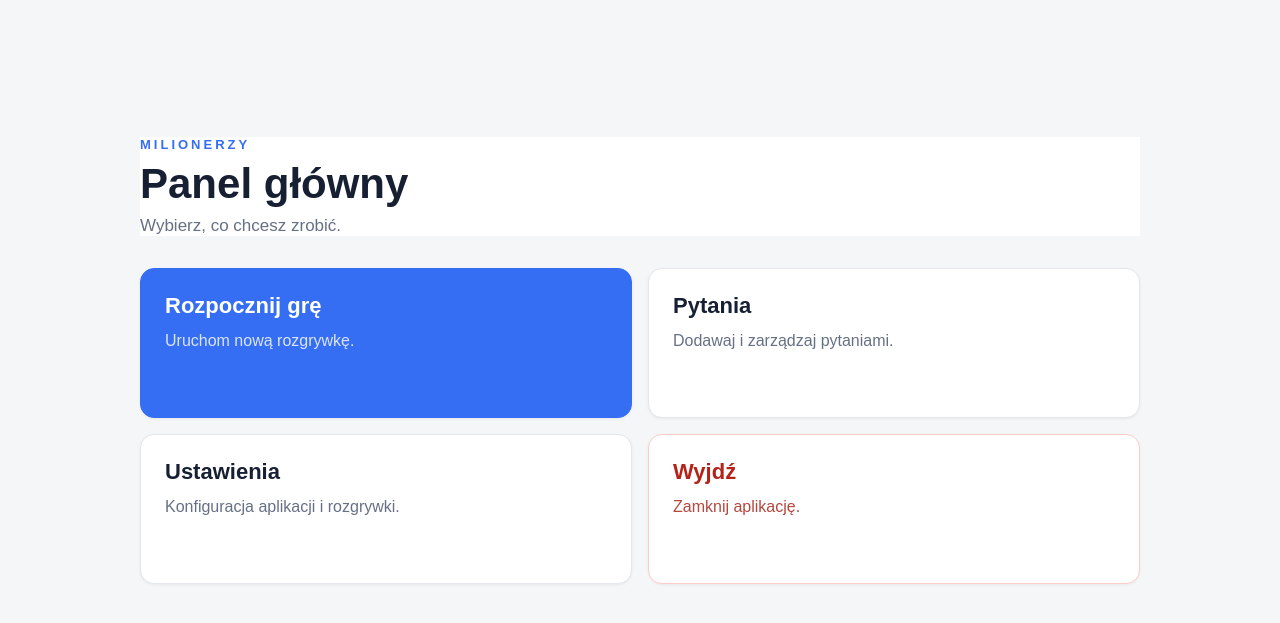
Repository: WaleonGames/HTGMilionerzy
Page: views/index.html
An editor plug-in stored every save of this project. The page is shown before and after the next save, followed by the edit.
The browser window is 1280 px wide. The pictures show the whole page.

Above is the page before, as saved 2026-09-05 15:39:34.

### views/index.html
<!doctype html>
<html lang="pl">
<head>
  <meta charset="UTF-8">
  <meta name="viewport" content="width=device-width,initial-scale=1.0">
  <title>Milionerzy</title>

  <link rel="stylesheet" href="../public/css/style.css">
  <link rel="stylesheet" href="../public/css/design.css">
</head>
<body>
  <main class="main-menu">
    <header class="menu-header">
      <span class="eyebrow">MILIONERZY</span>

      <h1>Panel główny</h1>

      <p>Wybierz, co chcesz zrobić.</p>
    </header>

    <section class="menu-grid">
      <button
        id="startGameButton"
        class="menu-card menu-card-primary"
        type="button"
      >
        <span class="menu-card-title">
          Rozpocznij grę
        </span>

        <span class="menu-card-description">
          Uruchom nową rozgrywkę.
        </span>
      </button>

      <button
        id="questionsButton"
        class="menu-card"
        type="button"
      >
        <span class="menu-card-title">
          Pytania
        </span>

        <span class="menu-card-description">
          Dodawaj i zarządzaj pytaniami.
        </span>
      </button>

      <button
        id="settingsButton"
        class="menu-card"
        type="button"
      >
        <span class="menu-card-title">
          Ustawienia
        </span>

        <span class="menu-card-description">
          Konfiguracja aplikacji i rozgrywki.
        </span>
      </button>

      <button
        id="exitButton"
        class="menu-card menu-card-danger"
        type="button"
      >
        <span class="menu-card-title">
          Wyjdź
        </span>

        <span class="menu-card-description">
          Zamknij aplikację.
        </span>
      </button>
    </section>
  </main>

  <script src="../public/js/design.js"></script>
  <script src="../public/js/main.js"></script>
</body>
</html>

### public/css/style.css
*{
  box-sizing:border-box;
  margin:0;
  padding:0;
}

html,
body{
  min-height:100%;
}

body{
  min-height:100vh;
  font-family:Arial,sans-serif;
  background:
    radial-gradient(circle at top,#171041 0,#090719 45%,#05040d 100%);
  color:#fff;
}

button,
input,
textarea,
select{
  font:inherit;
}

button{
  cursor:pointer;
}

.eyebrow{
  display:block;
  margin-bottom:8px;
  color:#9c8cff;
  font-size:13px;
  font-weight:700;
  letter-spacing:3px;
}

.main-menu{
  display:flex;
  flex-direction:column;
  justify-content:center;
  width:min(1000px,calc(100% - 40px));
  min-height:100vh;
  margin:0 auto;
  padding:40px 0;
}

.menu-header{
  margin-bottom:32px;
}

.menu-header h1{
  margin-bottom:8px;
  font-size:42px;
}

.menu-header p{
  color:#aaa4c5;
  font-size:17px;
}

.menu-grid{
  display:grid;
  grid-template-columns:1fr 1fr;
  gap:16px;
}

.menu-card{
  display:flex;
  flex-direction:column;
  align-items:flex-start;
  min-height:150px;
  padding:24px;
  border:1px solid #2c2751;
  border-radius:16px;
  background:#100d25;
  color:#fff;
  text-align:left;
  transition:
    transform .2s ease,
    border-color .2s ease,
    background .2s ease;
}

.menu-card:hover{
  transform:translateY(-2px);
  border-color:#6558a8;
  background:#171331;
}

.menu-card-primary{
  border-color:#5d4fd1;
  background:#251b65;
}

.menu-card-primary:hover{
  background:#30247c;
}

.menu-card-danger{
  border-color:#5a2730;
}

.menu-card-danger:hover{
  border-color:#a34050;
  background:#35151d;
}

.menu-card-title{
  margin-bottom:10px;
  font-size:22px;
  font-weight:700;
}

.menu-card-description{
  color:#aaa4c5;
  line-height:1.5;
}

.menu-card-primary .menu-card-description{
  color:#cbc5ff;
}

.panel{
  padding:24px;
  border:1px solid #29244d;
  border-radius:16px;
  background:#100d25;
}

.panel h2{
  margin-bottom:20px;
}

.field{
  display:flex;
  flex-direction:column;
  gap:8px;
  margin-bottom:18px;
}

.field label{
  color:#cbc7e5;
  font-size:14px;
  font-weight:700;
}

input,
textarea,
select{
  width:100%;
  padding:13px 14px;
  border:1px solid #37305f;
  border-radius:9px;
  outline:none;
  background:#0a081a;
  color:#fff;
}

input:focus,
textarea:focus,
select:focus{
  border-color:#705cff;
}

textarea{
  resize:vertical;
}

.primary-button{
  min-height:46px;
  padding:0 20px;
  border:0;
  border-radius:9px;
  background:#5b45e0;
  color:#fff;
  font-weight:700;
}

.primary-button:hover{
  background:#6c55ef;
}

@media(max-width:700px){
  .main-menu{
    width:calc(100% - 24px);
    padding:24px 0;
  }

  .menu-header h1{
    font-size:34px;
  }

  .menu-grid{
    grid-template-columns:1fr;
  }
}

### public/css/design.css
:root{
  --design-bg:#f5f6f8;

  --design-surface:#ffffff;
  --design-surface-soft:#f8fafc;
  --design-surface-hover:#f3f5f7;
  --design-surface-active:#eef4ff;

  --design-text:#172033;
  --design-text-soft:#344054;
  --design-muted:#667085;
  --design-placeholder:#98a2b3;

  --design-border:#e4e7ec;
  --design-border-strong:#d0d5dd;

  --design-primary:#356df3;
  --design-primary-hover:#285bd4;
  --design-primary-light:#eaf0ff;

  --design-danger:#b42318;
  --design-danger-hover:#912018;
  --design-danger-light:#fef3f2;
  --design-danger-border:#fecdca;

  --design-success:#067647;
  --design-success-light:#ecfdf3;

  --design-warning:#b54708;
  --design-warning-light:#fffaeb;

  --design-radius-sm:8px;
  --design-radius-md:10px;
  --design-radius-lg:14px;
  --design-radius-xl:18px;

  --design-shadow-sm:0 1px 3px rgba(16,24,40,.06);
  --design-shadow-md:0 8px 24px rgba(16,24,40,.08);
  --design-shadow-lg:0 16px 40px rgba(16,24,40,.12);
}

/* =========================
   RESET / GLOBAL
========================= */

html{
  background:var(--design-bg) !important;
}

body{
  background:var(--design-bg) !important;
  color:var(--design-text) !important;
}

body,
button,
input,
select,
textarea{
  font-family:Arial,sans-serif !important;
}

button,
input,
select,
textarea{
  font-size:inherit;
}

button{
  cursor:pointer;
}

a{
  color:inherit;
}

/* =========================
   PAGE BACKGROUNDS
========================= */

.main-menu,
.questions-page,
.settings-layout,
.settings-content{
  background:var(--design-bg) !important;
}

/* =========================
   WHITE SURFACES
========================= */

header,
.header,
.topbar,
.menu-header,
.questions-header,
.sidebar,
.settings-sidebar,
.panel,
.card,
.modal,
.modal-content,
.settings-card,
.question-card{
  background:var(--design-surface) !important;
  color:var(--design-text) !important;
}

/* =========================
   HEADERS
========================= */

.menu-header,
.questions-header,
.topbar{
  border-color:var(--design-border) !important;
}

h1,
h2,
h3,
h4,
h5,
h6{
  color:var(--design-text) !important;
}

p,
.description,
.subtitle,
.muted,
small{
  color:var(--design-muted) !important;
}

.eyebrow{
  color:var(--design-primary) !important;
}

/* =========================
   PANELS / CARDS
========================= */

.panel,
.card,
.settings-card,
.question-card{
  background:#fff !important;
  border-color:var(--design-border) !important;
  box-shadow:var(--design-shadow-sm) !important;
}

.card:hover,
.question-card:hover{
  border-color:var(--design-border-strong) !important;
}

/* =========================
   MAIN MENU CARDS
========================= */

.menu-card{
  background:#fff !important;
  color:var(--design-text) !important;

  border:1px solid var(--design-border) !important;

  border-radius:var(--design-radius-lg) !important;

  box-shadow:var(--design-shadow-sm) !important;
}

.menu-card:hover{
  background:var(--design-surface-hover) !important;
  border-color:var(--design-border-strong) !important;
}

.menu-card-title{
  color:var(--design-text) !important;
}

.menu-card-description{
  color:var(--design-muted) !important;
}

/* =========================
   PRIMARY MENU CARD
========================= */

.menu-card-primary{
  background:var(--design-primary) !important;
  border-color:var(--design-primary) !important;

  color:#fff !important;
}

.menu-card-primary:hover{
  background:var(--design-primary-hover) !important;
  border-color:var(--design-primary-hover) !important;
}

.menu-card-primary .menu-card-title,
.menu-card-primary .menu-card-description{
  color:#fff !important;
}

.menu-card-primary .menu-card-description{
  opacity:.82;
}

/* =========================
   DANGER MENU CARD
========================= */

.menu-card-danger{
  background:#fff !important;

  border-color:var(--design-danger-border) !important;

  color:var(--design-danger) !important;
}

.menu-card-danger:hover{
  background:var(--design-danger-light) !important;
}

.menu-card-danger .menu-card-title{
  color:var(--design-danger) !important;
}

.menu-card-danger .menu-card-description{
  color:#b5473e !important;
}

/* =========================
   INPUTS
========================= */

input,
select,
textarea{
  background:#fff !important;

  color:var(--design-text) !important;

  border:1px solid var(--design-border-strong) !important;

  border-radius:var(--design-radius-md) !important;

  outline:none !important;
}

input::placeholder,
textarea::placeholder{
  color:var(--design-placeholder) !important;
}

input:hover,
select:hover,
textarea:hover{
  border-color:#b8c0cc !important;
}

input:focus,
select:focus,
textarea:focus{
  border-color:var(--design-primary) !important;

  box-shadow:
    0 0 0 3px rgba(53,109,243,.12) !important;

  outline:none !important;
}

select{
  background-color:#fff !important;
}

/* =========================
   TEXTAREA
========================= */

textarea{
  resize:vertical;
}

/* =========================
   NORMAL BUTTON
========================= */

button{
  border-radius:var(--design-radius-md) !important;
}

button:not(
  .button-primary
):not(
  .primary-button
):not(
  .primary
):not(
  .menu-card
):not(
  .danger
):not(
  .delete-button
):not(
  .menu-card-danger
){
  background:#fff !important;

  color:var(--design-text) !important;

  border-color:var(--design-border) !important;
}

button:not(
  .button-primary
):not(
  .primary-button
):not(
  .primary
):not(
  .menu-card
):not(
  .danger
):not(
  .delete-button
):not(
  .menu-card-danger
):hover{
  background:var(--design-surface-hover) !important;

  border-color:var(--design-border-strong) !important;
}

/* =========================
   PRIMARY BUTTONS
========================= */

.button-primary,
.primary-button,
.primary,
[data-primary]{
  background:var(--design-primary) !important;

  color:#fff !important;

  border-color:var(--design-primary) !important;

  box-shadow:
    0 3px 10px rgba(53,109,243,.18) !important;
}

.button-primary:hover,
.primary-button:hover,
.primary:hover,
[data-primary]:hover{
  background:var(--design-primary-hover) !important;

  border-color:var(--design-primary-hover) !important;
}

/* =========================
   SECONDARY BUTTONS
========================= */

.button-secondary,
.secondary-button,
.back-button,
.icon-button,
.modal-close{
  background:#fff !important;

  color:var(--design-text-soft) !important;

  border-color:var(--design-border) !important;
}

.button-secondary:hover,
.secondary-button:hover,
.back-button:hover,
.icon-button:hover,
.modal-close:hover{
  background:var(--design-surface-hover) !important;

  border-color:var(--design-border-strong) !important;
}

/* =========================
   DANGER BUTTONS
========================= */

.delete-button,
.danger{
  background:var(--design-danger-light) !important;

  color:var(--design-danger) !important;

  border-color:var(--design-danger-border) !important;
}

.delete-button:hover,
.danger:hover{
  background:#fee4e2 !important;

  color:var(--design-danger-hover) !important;

  border-color:#fda29b !important;
}

/* =========================
   BUTTON DISABLED
========================= */

button:disabled{
  opacity:.55 !important;
  cursor:not-allowed !important;
}

/* =========================
   SIDEBAR
========================= */

.sidebar,
.settings-sidebar{
  background:#fff !important;

  border-color:var(--design-border) !important;
}

.sidebar a,
.sidebar button,
.settings-tab{
  color:var(--design-text-soft) !important;
}

.sidebar a:hover,
.sidebar button:hover,
.settings-tab:hover{
  background:var(--design-surface-hover) !important;

  color:var(--design-text) !important;
}

.sidebar .active,
.sidebar a.active,
.sidebar button.active,
.settings-tab.active{
  background:var(--design-primary-light) !important;

  color:var(--design-primary) !important;
}

.settings-tab.active::before{
  background:var(--design-primary) !important;
}

/* =========================
   QUESTIONS
========================= */

.questions-list{
  background:transparent !important;
}

.question-card{
  background:#fff !important;

  border:1px solid var(--design-border) !important;

  border-radius:var(--design-radius-lg) !important;
}

.question-card-header{
  border-color:var(--design-border) !important;
}

.question-answer{
  background:var(--design-surface-soft) !important;

  color:var(--design-text-soft) !important;

  border-color:var(--design-border) !important;
}

.question-answer.correct{
  background:var(--design-success-light) !important;

  color:var(--design-success) !important;

  border-color:#abefc6 !important;
}

.empty-state{
  background:#fff !important;

  color:var(--design-muted) !important;

  border-color:var(--design-border) !important;
}

/* =========================
   ANSWER INPUTS
========================= */

.answer-field{
  background:var(--design-surface-soft) !important;

  border-color:var(--design-border) !important;
}

.answer-field>span{
  color:var(--design-primary) !important;
}

/* =========================
   MODAL BACKDROP
========================= */

.modal-backdrop,
.modal-overlay{
  background:rgba(15,23,42,.46) !important;

  backdrop-filter:blur(2px);
}

/* =========================
   MODAL
========================= */

.modal,
.modal-content{
  background:#fff !important;

  color:var(--design-text) !important;

  border-color:var(--design-border) !important;

  box-shadow:var(--design-shadow-lg) !important;
}

.modal-header{
  background:#fff !important;

  border-color:var(--design-border) !important;
}

.modal-actions{
  border-color:var(--design-border) !important;
}

/* =========================
   SETTINGS
========================= */

.settings-card{
  background:#fff !important;
}

.switch-row{
  background:var(--design-surface-soft) !important;

  border-color:var(--design-border) !important;
}

.switch-row:hover{
  background:var(--design-surface-hover) !important;

  border-color:var(--design-border-strong) !important;
}

/* =========================
   SETTINGS SWITCH
========================= */

.switch-row input[type="checkbox"]{
  border:0 !important;

  background:#cbd5e1 !important;

  box-shadow:none !important;
}

.switch-row input[type="checkbox"]:checked{
  background:var(--design-primary) !important;
}

/* =========================
   PRIZE TREE
========================= */

.prize-level{
  background:var(--design-surface-soft) !important;

  border-color:var(--design-border) !important;
}

.prize-level:hover{
  border-color:var(--design-border-strong) !important;
}

.prize-level-number{
  color:var(--design-text-soft) !important;
}

/* =========================
   CHECKBOX / RADIO
========================= */

input[type="checkbox"],
input[type="radio"]{
  accent-color:var(--design-primary) !important;
}

/* =========================
   RANGE
========================= */

input[type="range"]{
  accent-color:var(--design-primary) !important;
}

/* =========================
   COLOR INPUT
========================= */

input[type="color"]{
  background:#fff !important;

  border-color:var(--design-border-strong) !important;
}

/* =========================
   TABLE
========================= */

table{
  background:#fff !important;

  color:var(--design-text) !important;

  border-color:var(--design-border) !important;
}

thead{
  background:var(--design-surface-soft) !important;
}

th{
  color:var(--design-text-soft) !important;
}

th,
td{
  border-color:var(--design-border) !important;
}

tbody tr:hover td{
  background:#fafbfc !important;
}

/* =========================
   STATUS MESSAGE
========================= */

.status-message{
  background:var(--design-text) !important;

  color:#fff !important;

  box-shadow:var(--design-shadow-md) !important;
}

/* =========================
   SCROLLBAR
========================= */

*{
  scrollbar-color:#cbd5e1 transparent;
}

*::-webkit-scrollbar{
  width:9px;
  height:9px;
}

*::-webkit-scrollbar-track{
  background:transparent;
}

*::-webkit-scrollbar-thumb{
  background:#cbd5e1;

  border-radius:999px;
}

*::-webkit-scrollbar-thumb:hover{
  background:#aeb8c5;
}

/* =========================
   SELECTION
========================= */

::selection{
  background:#dbe7ff !important;

  color:var(--design-text) !important;
}

/* =========================
   DESIGN MARKER
========================= */

html[data-design="white"]{
  color-scheme:light !important;
}

body.design-loaded{
  visibility:visible !important;
}

### public/js/design.js
document.addEventListener("DOMContentLoaded",()=>{
  initializeDesign();
});

function initializeDesign(){
  document.documentElement.dataset.design="white";
  document.body.classList.add("design-loaded");

  normalizeButtons();
  normalizeInputs();
  normalizeCards();
  normalizeModals();
}

function normalizeButtons(){
  document.querySelectorAll("button").forEach(button=>{
    if(
      button.classList.contains("button-primary")||
      button.classList.contains("primary")||
      button.classList.contains("delete-button")||
      button.classList.contains("danger")
    ){
      return;
    }

    button.classList.add("design-button");
  });
}

function normalizeInputs(){
  document.querySelectorAll(
    "input,select,textarea"
  ).forEach(input=>{
    input.classList.add("design-input");
  });
}

function normalizeCards(){
  document.querySelectorAll(
    ".card,.panel,.settings-card,.question-card"
  ).forEach(card=>{
    card.classList.add("design-surface");
  });
}

function normalizeModals(){
  document.querySelectorAll(
    ".modal,.modal-content"
  ).forEach(modal=>{
    modal.classList.add("design-modal");
  });
}

### public/js/main.js
const startGameButton=document.getElementById("startGameButton");
const questionsButton=document.getElementById("questionsButton");
const settingsButton=document.getElementById("settingsButton");
const exitButton=document.getElementById("exitButton");

startGameButton.addEventListener("click",()=>{
  console.log("Rozpocznij grę");
});

questionsButton.addEventListener("click",()=>{
  window.location.href="questions.html";
});

settingsButton.addEventListener("click",()=>{
  window.location.href="settings.html";
});

exitButton.addEventListener("click",()=>{
  window.close();
});

After the next save:
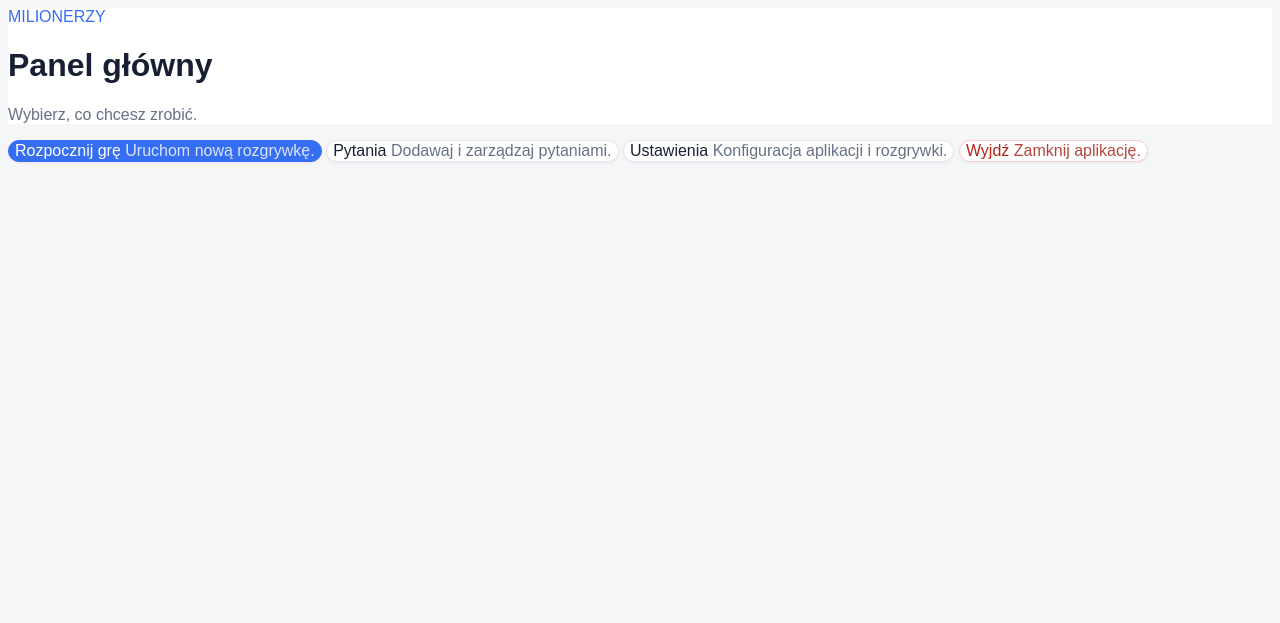
Saved 4 s later.
--- a/views/index.html
+++ b/views/index.html
@@ -5,7 +5,6 @@
   <meta name="viewport" content="width=device-width,initial-scale=1.0">
   <title>Milionerzy</title>
 
-  <link rel="stylesheet" href="../public/css/style.css">
   <link rel="stylesheet" href="../public/css/design.css">
 </head>
 <body>
